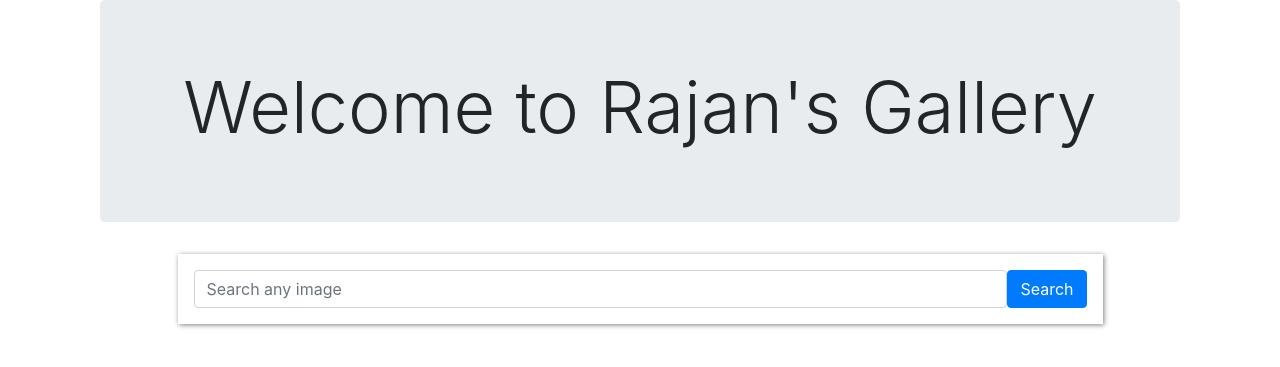
Repository: the-manohar/gallery
Page: /
These files come from the project's save history. The page is drawn as it stood at one moment and after a run of saves; the edit follows.
The browser window is 1280 px wide. The pictures show the whole page.
The project was rebuilt for these pictures with package versions that can differ from the ones it lists, and the page was loaded fresh each time.

Above is the page before, as saved 2020-06-19 00:20:41.

### public/index.html
<!DOCTYPE html>
<html lang="en">
  <head>
    <meta charset="utf-8" />
    <link rel="icon" href="%PUBLIC_URL%/favicon.ico" />
    <meta name="viewport" content="width=device-width, initial-scale=1" />
    <meta name="theme-color" content="#000000" />
    <meta
      name="description"
      content="Web site created using create-react-app"
    />
    <link rel="apple-touch-icon" href="%PUBLIC_URL%/logo192.png" />
    <!--
      manifest.json provides metadata used when your web app is installed on a
      user's mobile device or desktop. See https://developers.google.com/web/fundamentals/web-app-manifest/
    -->
    <link rel="manifest" href="%PUBLIC_URL%/manifest.json" />
    <!--
      Notice the use of %PUBLIC_URL% in the tags above.
      It will be replaced with the URL of the `public` folder during the build.
      Only files inside the `public` folder can be referenced from the HTML.

      Unlike "/favicon.ico" or "favicon.ico", "%PUBLIC_URL%/favicon.ico" will
      work correctly both with client-side routing and a non-root public URL.
      Learn how to configure a non-root public URL by running `npm run build`.
    -->
    <title>MLeo App</title>
  </head>
  <body>
    <noscript>You need to enable JavaScript to run this app.</noscript>
    <div id="root"></div>
    <!--
      This HTML file is a template.
      If you open it directly in the browser, you will see an empty page.

      You can add webfonts, meta tags, or analytics to this file.
      The build step will place the bundled scripts into the <body> tag.

      To begin the development, run `npm start` or `yarn start`.
      To create a production bundle, use `npm run build` or `yarn build`.
    -->
  </body>
</html>

### src/index.js
import React from "react";
import ReactDOM from "react-dom";
import "./index.css";
import "bootstrap/dist/css/bootstrap.css";
import App from "./App";
import * as serviceWorker from "./serviceWorker";

ReactDOM.render(
  <React.StrictMode>
    <App />
  </React.StrictMode>,
  document.getElementById("root")
);

// If you want your app to work offline and load faster, you can change
// unregister() to register() below. Note this comes with some pitfalls.
// Learn more about service workers: https://bit.ly/CRA-PWA
serviceWorker.unregister();

### src/App.js
import React, { useState } from "react";
import { Button, InputGroup, Input, Jumbotron, Spinner } from "reactstrap";

import "./App.css";

function App() {
  const [value, setValue] = useState("");
  const [result, setResult] = useState([]);
  const fetchImages = () => {
    fetch(
      `https://api.unsplash.com/search/photos/?client_id=V38aA4zOjg1Xb1lBpNRUAK8duXvqwhDHHJbssXB_Pps&query=${value}&orientation=squarish&per_page=18`
    )
      .then((res) => res.json())
      .then((data) => {
        setResult(data.results);
      });
  };
  return (
    <div className="container App">
      <div className="col-md-12 col-sm-10 col-xs-12">
        <Jumbotron>
          <h1 className="display-3">Welcome to Rajan's Gallery</h1>
        </Jumbotron>
      </div>
      <div className="d-flex p-3 mx-auto mydiv col-sm-12 col-md-10 col-xs-3 ">
        <InputGroup>
          <Input
            placeholder="Search any image"
            value={value}
            onChange={(event) => setValue(event.target.value)}
          />
        </InputGroup>
        <Button color="primary" onClick={() => fetchImages()}>
          Search
        </Button>
      </div>
      {result.length > 0 ? (
        <div className="col-sm-12">
          {result.map((item) => {
            return (
              <img
                className=" img-thumbnail"
                key={item.id}
                src={item.urls.small}
                alt={item.urls.small}
              />
            );
          })}
        </div>
      ) : null
      // <Spinner style={{ width: "3rem", height: "3rem" }} />
      }
    </div>
  );
}

export default App;

//

### src/App.css
.App {
  text-align: center;
}
.mydiv {
  /* display: flex; */
  /* justify-content: space-around; */
  /* margin: 10px 7%; */
  box-shadow: 1px 1px 5px grey;
  /* padding: 10px; */
}
.gallery {
  display: flex;
  flex-wrap: wrap;
  justify-content: space-around;
}
.item {
  width: 30%;
  margin: 5px;
}

Loaded but not shown: src/index.css (common file); src/serviceWorker.js (common file)

After the next 2 saves:
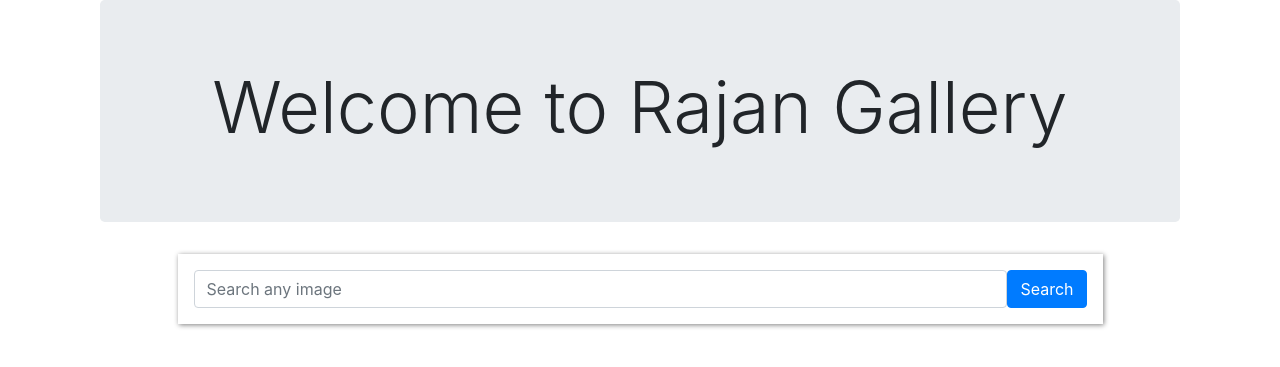
The 2 saves are shown as one change because they came seconds apart.
The last was saved 3 min 42 s later.
--- a/src/App.js
+++ b/src/App.js
@@ -19,7 +19,7 @@ function App() {
     <div className="container App">
       <div className="col-md-12 col-sm-10 col-xs-12">
         <Jumbotron>
-          <h1 className="display-3">Welcome to Rajan's Gallery</h1>
+          <h1 className="display-3">Welcome to Rajan Gallery</h1>
         </Jumbotron>
       </div>
       <div className="d-flex p-3 mx-auto mydiv col-sm-12 col-md-10 col-xs-3 ">
@@ -34,21 +34,22 @@ function App() {
           Search
         </Button>
       </div>
-      {result.length > 0 ? (
-        <div className="col-sm-12">
-          {result.map((item) => {
-            return (
-              <img
-                className=" img-thumbnail"
-                key={item.id}
-                src={item.urls.small}
-                alt={item.urls.small}
-              />
-            );
-          })}
-        </div>
-      ) : null
-      // <Spinner style={{ width: "3rem", height: "3rem" }} />
+      {
+        result.length > 0 ? (
+          <div className="col-sm-12">
+            {result.map((item) => {
+              return (
+                <img
+                  className=" img-thumbnail"
+                  key={item.id}
+                  src={item.urls.small}
+                  alt={item.urls.small}
+                />
+              );
+            })}
+          </div>
+        ) : null
+        // <Spinner style={{ width: "3rem", height: "3rem" }} />
       }
     </div>
   );
